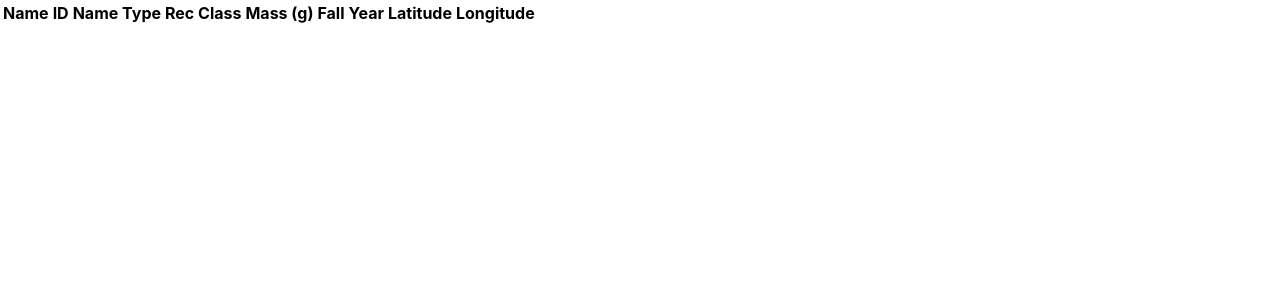
Repository: Tsardines/meteorite-explorer
Page: / (app in meteorite-explorer/)
These files come from the project's save history. The page is drawn as it stood at one moment and after the next save; the edit follows.
The browser window is 1280 px wide. The pictures show the whole page.
The page's requests for data from a server got no answer. The project was rebuilt for these pictures with package versions that can differ from the ones it lists, and the page was loaded fresh each time. No one was signed in, and anything a server would have sent is missing.

Above is the page before, as saved 2019-05-27 16:23:17.

After the next save:
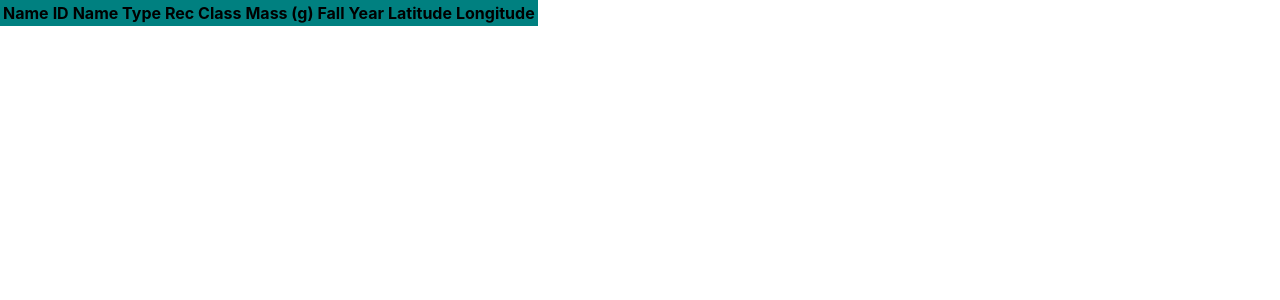
Saved 29 s later.
--- a/meteorite-explorer/src/App.js
+++ b/meteorite-explorer/src/App.js
@@ -32,7 +32,7 @@ componentWillMount() {
     return (
 
       <div className="title">
-      <table>
+      <table className="theader">
         <th>Name</th>
         <th>ID</th>
         <th>Name Type</th>
--- a/meteorite-explorer/src/App.css
+++ b/meteorite-explorer/src/App.css
@@ -5,3 +5,7 @@ tr:nth-child(odd) {
 body {
   display: flex;
 } */
+
+.theader {
+  background-color: teal;
+}
